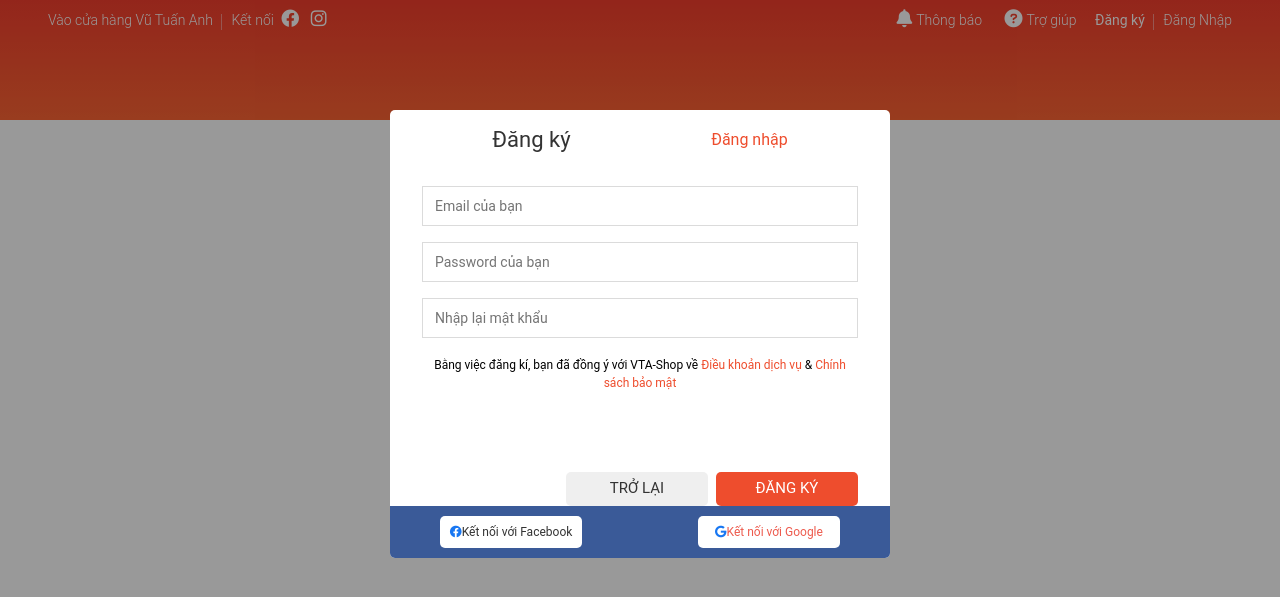
Repository: VuTuanAnh0949/Shopee
Page: index.html
The author's editor kept a copy of each file at every save. The page is drawn from the files as they stood at one save, then again after the next save.
The browser window is 1280 px wide. The pictures show the whole page.

Above is the page before, as saved 2022-02-16 13:58:21.

### index.html
<!DOCTYPE html>
<html lang="en">

<head>
    <meta charset="UTF-8" />
    <meta http-equiv="X-UA-Compatible" content="IE=edge" />
    <meta name="viewport" content="width=device-width, initial-scale=1.0" />
    <title>Shopee</title>
    <link rel="stylesheet" href="https://cdnjs.cloudflare.com/ajax/libs/normalize/8.0.1/normalize.min.css" />
    <link rel="stylesheet" href="./assets/css/base.css" />
    <link rel="stylesheet" href="./assets/css/main.css" />
    <link rel="stylesheet" href="./assets/fonts/fontawesome-free-6.0.0-web/css/all.min.css">
    <link rel="stylesheet" href="https://fonts.googleapis.com/css?family-Roboto:300, 400, 500,78
0&display=swap&subset=vietnamese" rel="stylesheet" />

</head>

<body>
    <!-- Block Element Modifier -->
    <div class="app">
        <header class="header">
            <div class="grid">
                <nav class="header__navbar">
                    <ul class="header__navbar-list">
                        <li class="header__navbar-item header__navbar-item--has-qr header__navbar-item--separate">Vào cửa hàng Vũ Tuấn Anh
                            <div class="header__qr">
                                <img src="./assets/img/QR_code.png" alt="QR Code" class="header__qr-img">
                                <div class="header__qr-apps">
                                    <a href="" class="header__qr-link"><img src="./assets/img/Google_Play.png" alt="Google Play" class="header__qr-dowload-img">
                                    </a>
                                    <img src="./assets/img/App_store.png" alt="App Store" class="header__qr-dowload-img">
                                </div>
                            </div>
                        </li>
                        <li class="header__navbar-item">
                            <span class="header__navbar-title--no-pointer">Kết nối</span>
                            <a href="" class="header__navbar-icon-link"><i class="header__navbar-icon fa-brands fa-facebook"></i></a>
                            <a href="" class="header__navbar-icon-link"><i class="header__navbar-icon fa-brands fa-instagram"></i></a>
                        </li>
                    </ul>

                    <ul class="header__navbar-list">
                        <li class="header__navbar-item header__navbar-item--has-notification">
                            <a href="" class="header__navbar-item-link"><i class="header__navbar-icon fa-solid fa-bell"></i>Thông báo</a>
                            <div class="header__notification">
                                <header class="header__notification-header">
                                    <h3>Thông báo mới nhận</h3>
                                </header>
                                <ul class="header__notification-list">
                                    <li class="header__notification-item header__notification-viewed">
                                        <a href="" class="header__notification-link">
                                            <img src="https://cf.shopee.vn/file/a2344384834f0903b232953bf8e1d283_tn" alt="" class="header__notification-img">
                                            <div class="header__notification-info">
                                                <span class="header__notification-name">Bàn Phím cơ chính hãng K400-Đen</span>
                                                <span class="header__notification-descriotion">Bàn phím cơ máy tính gaming K550 Pro full Led 7 chế độ hiệu ứng là mẫu bàn phím phù hợp cho văn phòng và game thủ</span>
                                            </div>
                                        </a>
                                    </li>
                                    <li class="header__notification-item">
                                        <a href="" class="header__notification-link">
                                            <img src="https://cf.shopee.vn/file/fbd0d6cd59ae0c260cbdd8d2bdccbe06_tn" alt="" class="header__notification-img">
                                            <div class="header__notification-info">
                                                <span class="header__notification-name">Bàn phím cơ chính hãng K400-Trắng xanh 1</span>
                                                <span class="header__notification-descriotion">Bàn phím cơ máy tính gaming K550 Pro full Led 7 chế độ hiệu ứng là mẫu bàn phím phù hợp cho văn phòng và game thủ</span>
                                            </div>
                                        </a>
                                    </li>
                                    <li class="header__notification-item ">
                                        <a href="" class="header__notification-link">
                                            <img src="https://cf.shopee.vn/file/26989c24e549299dcfb324055082c553" alt="" class="header__notification-img">
                                            <div class="header__notification-info">
                                                <span class="header__notification-name">Bàn phím cơ chính hãng K400-Trắng xanh 2</span>
                                                <span class="header__notification-descriotion">>Bàn phím cơ máy tính gaming K550 Pro full Led 7 chế độ hiệu ứng là mẫu bàn phím phù hợp cho văn phòng và game thủ</span>
                                            </div>
                                        </a>
                                    </li>
                                </ul>
                                <div class="footer header__notification-footer">
                                    <a href="" class="header__notification-footer-btn">Xem tất cả</a>


                                </div>
                            </div>
                        </li>
                        <li class="header__navbar-item">
                            <a href="" class="header__navbar-item-link"><i class="header__navbar-icon fa-solid fa-circle-question"></i>Trợ giúp</a>
                        </li>
                        <li class="header__navbar-item header__navbar-item--strong header__navbar-item--separate">Đăng ký</li>
                        <li class="header__navbar-item header__navbar-ite--strong"> Đăng Nhập</li>
                    </ul>
                </nav>
            </div>
        </header>
        <div class="container">

        </div>
        <footer class="footer">

        </footer>
    </div>
    <!-- Modal layout -->
    <div class="modal">
        <div class="modal__overlay"></div>

        <div class="modal__body">

            <!-- Authen form -->
            <div class="auth-form">
                <div class="auth-form__container">
                    <div class="auth-form__container"></div>
                    <div class="auth-form__header">
                        <h3 class="auth-form__heading">Đăng ký</h3>
                        <span class="auth-form__switch-btn">Đăng nhập</span>
                    </div>
                    <div class="auth-form__form">
                        <div class="auth-form__group">
                            <input type="text" class="auth-form__input" placeholder="Email của bạn">
                        </div>
                        <div class="auth-form__group">
                            <input type="password" class="auth-form__input" placeholder="Password của bạn">
                        </div>
                        <div class="auth-form__group">
                            <input type="password" class="auth-form__input" placeholder="Nhập lại mật khẩu ">
                        </div>
                    </div>
                    <div class="auth-form__aside">
                        <p class="auth-form__policy-text">
                            Bằng việc đăng kí, bạn đã đồng ý với VTA-Shop về
                            <a href="" class="auth-form__text-link">Điều khoản dịch vụ</a> &
                            <a href="" class="auth-form__text-link">Chính sách bảo mật</a>
                        </p>
                    </div>
                    <div class="auth-form__controls">
                        <button class="btn btn--normal auth-form__controls-back ">TRỞ LẠI</button>
                        <button class="btn btn--primary">ĐĂNG KÝ</button>
                    </div>
                </div>
                <div class="auth-form__socials--facebook">
                    <a href="" class="btn btn--size-s btn--with-icon">
                        <i class="auth-form__socials-icon fa-brands fa-facebook"></i>
                        <span class="auth-form__socials-title">
                            Kết nối với Facebook
                        </span>
                    </a>
                    <a href="" class="auth-form__socials--google btn btn--size-s btn--with-icon">
                        <i class="auth-form__socials-icon fa-brands fa-google"></i>
                        <span class="auth-form__socials-title">
                            Kết nối với Google
                        </span>
                    </a>
                </div>
            </div>
        </div>
    </div>
</body>

</html>

### assets/css/base.css
:root {
  --primary-color:#EE4D2D;
  --white-color: #fff;
  --black-color: #000;
  --text-color: #333;
  --border-color:#dbdbdb;
}
* {
  box-sizing: inherit;
}
html {
  font-size: 62.5%;
  line-height: 1.6rem;
  font-family: "Roboto", sans-serif;
  box-sizing: border-box;
}
.grid {
  width: 1200px;
  max-width: 100%;
  margin: 0 auto;
}
.grid__full-width {
  width: 100%;
}
.grid__row {
  display: flex;
  flex-wrap: wrap;
}
/* Animation */
@keyframes fadeIn{
  from{
    opacity: 0;
  }to{
    opacity: 1;
  }
}
/* Modal */
.modal{
  position: fixed;
  top: 0;
  right: 0;
  bottom: 0;
  left: 0;
  display: flex;
}
.modal__overlay{
  position: absolute;
  width: 100%;
  height: 100%;
  background-color: rgba(0,0,0,0.4);
}
.modal__body{
  width: 500px;
  height: 500px;
  margin: auto;
  position: relative;
  z-index: 1;  /* để cho modal nổi lên */
}
/* Button style */
.btn{
  min-width: 142px;
  height: 34px;
  text-decoration: none;
  border:none ;
  border-radius: 5px;
  font-size: 1.5rem;
  padding:0 12px;
  outline: none;
  cursor: pointer;
  color: var(--text-color);
  align-items: center;
 justify-content: center;
}
.btn.btn--normal:hover{
  background-color: rgba(0,0,0,0.05);
}
.btn.btn--size-s{
  height: 32px;
  font-size: 12px;
  padding:0 8px;
}
/* .. dùng để css 1 element có 2 class */
.btn.btn--primary{
  color: var(--white-color);
  background-color: var(--primary-color);
  }
.btn.btn-disabled{
  color: #949494;
  cursor: default;
  background-color: #c3c3c3;
}

### assets/css/main.css
.header{
height: 120px;
background-image:linear-gradient(0, #fe6433, #f53e2d) ;
}
.header__navbar{
  display: flex;
  justify-content: space-between;
}
.header__navbar-list{
list-style: none;
padding-left: 0;
margin-top: 9px;
}
.header__navbar-item{
  margin: 0 8px;
  position: relative;
  min-height: 26px;
}
.header__navbar-item--has-qr:hover .header__qr{
  display: block;
}
.header__navbar-item--has-notification:hover .header__notification{
  display: block;
}
.header__navbar-item,
.header__navbar-item-link{
  display:inline-block;
  font-size: 1.4rem;
  color:var(--white-color);
  text-decoration: none;
  font-weight: 300;
}
.header__navbar-item,
.header__navbar-item-link,
.header__navbar-icon-link{
/*   display: flex; */
  align-items: center;
}
.header__qr::before{
  position: absolute;
  left: 0;
  top: -16px;
  width: 100%;
  height: 20px;
  content: "";
  display: block;

}
.header__navbar-item:hover,
.header__navbar-icon-link:hover,
.header__navbar-item-link:hover{
  cursor: pointer;
  color: rgba(255,255,255,0.7);
}
.header__navbar-item--strong{
  font-weight: 400;
}
.header__navbar-item--separate::after{
  content: "";
  display: block;
  position: absolute;
border-left: 1px solid #FB9086;
height: 16px;
right: -9px;
top: 37%;
transform: translateY(-50%);
}
.header__navbar-icon-link{
  color: var(--white-color);
  text-decoration: none;
}
.header__navbar-icon{
  font-size: 1.8rem;
  margin: 0 4px;
}
.header__navbar-title--no-pointer{
  cursor: text;
  color: var(--white-color);
  text-decoration: none;
}
/* Header QR code */
.header__qr{
  width: 180px;
background-color: var(--white-color);
position: absolute;
left: 0;
top: 100%;
padding: 8px;
border-radius: 5px;
display: none;
animation: fadeIn ease-in 0.3s;
}
.header__qr-img{
width: 100%;
}
.header__qr-apps{
display: flex;
justify-content: space-between;
}
.header__qr-link:nth-child(1){
  margin-left: 11px;
}
.header__qr-link:nth-child(2){
  margin-right: 15px;
}
.header__qr-dowload-img{
  height: 16px;
}
/* header__notification */
.header__notification{
position: absolute ;
top: 27px;
right: 0;
width: 404px;
background-color: var(--white-color);
border-radius: 5px;
border: 1px solid #D3D3D3;
cursor: default;
transform-origin:90% top;
animation:  headerNotificationGrowth ease-in 0.2s;
will-change: opacity, transform;
display: none;
}
.header__notification::before{
content: "";
border-width:20px 30px ;
border-style: solid;
/* Tạo một lớp giá */
border-color:transparent transparent var(--white-color) transparent;
position: absolute;
right: 6px;
top: -30px;
}
/* Giúp di chuột vào quả chuông cạnh nút thông báo không bị mất list thông báo */
.header__notification::after{
  content: "";
  display: block;
  position: absolute;
  height: 20px;
  width: 90px;
  top: -16px;
  right: 0;
 }
@keyframes headerNotificationGrowth{
  from{
    opacity: 0;
    transform: scale(0);
  }to{
    opacity: 1;
    transform: scale(1);
  }
}
.header__notification-header{
  height: 40px;
  background-color: var(--white-color);
  border-radius: 5px;
}
.header__notification-header h3{
  color: #999;
  margin: 0 0 0 12px;
  width: 400;
  font-size: 1.4rem;
  line-height: 40px;
  user-select: none;  /* không cho coppy */
}
.header__notification-list{
padding-left: 0;
}
.header__notification-item{
display: flex;

}
.header__notification-item:hover{
  background-color: #f7f7f7
}
.header__notification-viewed{
  background-color: rgba(238,75,43,0.08);

}
.header__notification-link{
  display: flex;
  width: 100%;
  padding: 12px;
  text-decoration: none;
}
.header__notification-img{
width: 48px;
object-fit: contain;
}
.header__notification-info{
margin-left: 12px;
}
.header__notification-name{
display: block;
font-size: 1.4rem;
color: var(--text-color);
font-weight: 400px;
line-height: 1.8rem;
}
.header__notification-descriotion{
display: block;
font-size: 1.2rem;
line-height: 1.6rem;
color: #765F6E;
margin-top: 4px;
}
.header__notification-footer{
 display: flex;
}
.header__notification-footer-btn{
  text-decoration: none;
  color:var(--text-color);
  width: 100%;
  padding: 8px 0;
  margin: auto;
  font-size: 1.4rem;
  font-weight: 400;
  text-align: center;
}
/* Authen modal */
.auth-form{
  width: 500px;
    background-color: var(--white-color);
  border-radius: 5px;
  overflow: hidden;
}
.auth-form__container{
  padding: 0 32px;
}
.auth-form__header{
  display: flex;
  align-items: center;
  justify-content: space-around;
}
.auth-form__heading{
  font-size: 2.2rem;
  font-weight:400;
  color: var(--text-color);
}
.auth-form__switch-btn{
  font-size: 1.6rem;
  font-weight:400;
  color: var(--primary-color);
  cursor: pointer;
}
.auth-form__form{
}
.auth-form__input{
  width: 100%;
  height: 40px;
  margin-top: 16px;
  padding: 0 12px;
  font-size: 1.4rem;
  border: 1px solid var(--border-color);
  outline: none;
}
/*Dí chuột vào ô input => ô input nháy chuột  */
.auth-form__input:focus{
border-color: #777;
}
.auth-form__aside{
  margin-top: 18px;
}
.auth-form__policy-text{
  font-size: 1.2rem;
  line-height: 1.8rem;
  text-align: center;
  padding: 0 3px;
}
.auth-form__text-link{
  color: var(--primary-color);
  text-decoration: none;
}
.auth-form__controls{
  margin-top: 80px;
  display: flex;
  justify-content: flex-end;
}
.auth-form__controls-back{
  margin-right: 8px;
}
.auth-form__socials{
 background-color: #F5F5F5;
 padding: 16px 36px;
 display: flex;
 justify-content: space-between;
 margin-top: 20px;
}
.auth-form__socials--facebook{
  color: var(--white-color);
  background-color:#3A5A98 ;
  display: flex;
  justify-content: space-between;
}
.auth-form__socials--facebook,
.auth-form__socials-icon{
color: #1877f2;
}
.auth-form__socials-title{
  margin-top: 0 36px;
}
.auth-form__socials--google{
  color:#ed5a4d;
  background-color: var(--white-color);
}
.btn--with-icon{
  display: flex;
}
.btn.btn--size-s {
  background-color: white;
margin:10px 50px;

}

Loaded but not shown: assets/fonts/fontawesome-free-6.0.0-web/css/all.min.css (library)

After the next save:
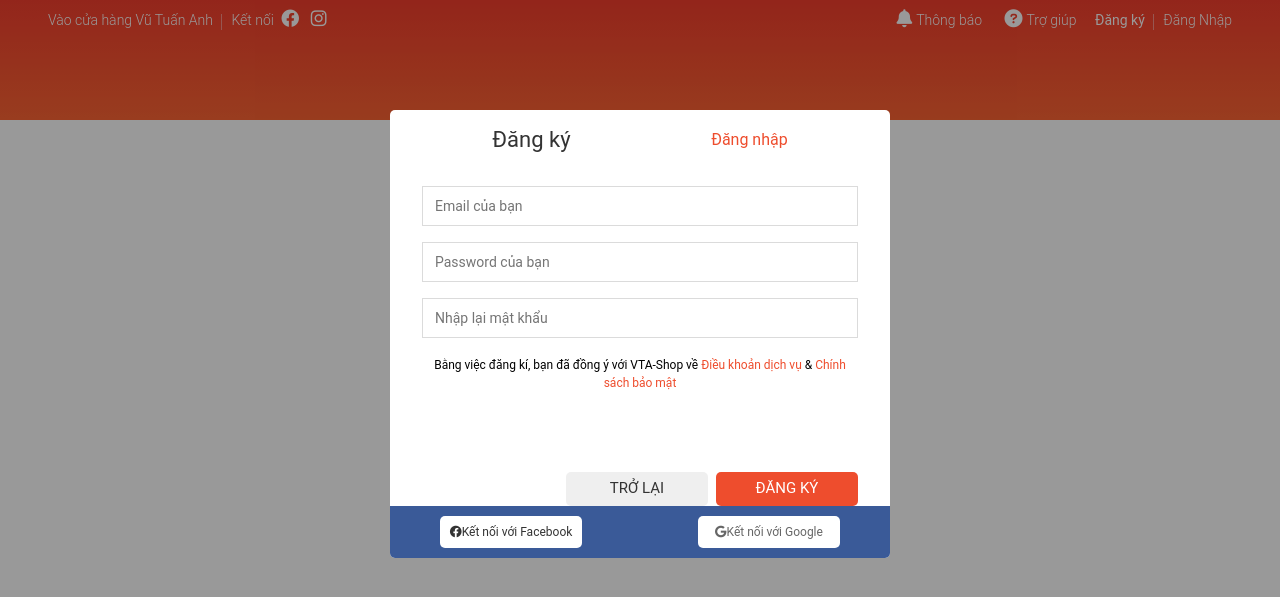
Saved 9 s later.
--- a/assets/css/main.css
+++ b/assets/css/main.css
@@ -292,15 +292,15 @@ border-color: #777;
   display: flex;
   justify-content: space-between;
 }
-.auth-form__socials--facebook,
+/* .auth-form__socials--facebook,
 .auth-form__socials-icon{
 color: #1877f2;
-}
+} */
 .auth-form__socials-title{
   margin-top: 0 36px;
 }
 .auth-form__socials--google{
-  color:#ed5a4d;
+  color: #666;
   background-color: var(--white-color);
 }
 .btn--with-icon{
